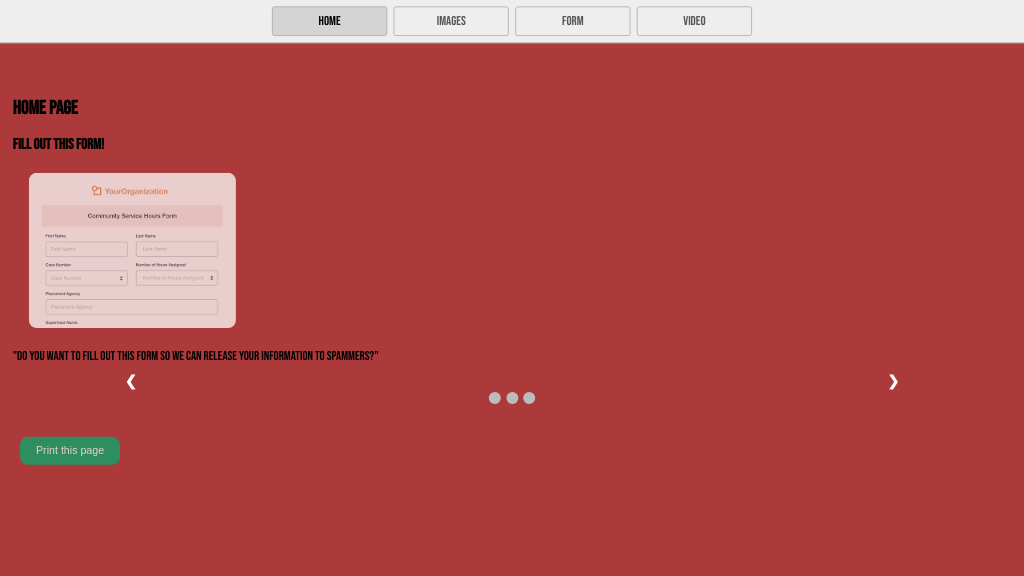
Repository: sebas6292/palmTree-Final
Page: Home.html
An editor plug-in stored every save of this project. The page is shown before and after the next save, followed by the edit.
The browser window is 1280 px wide. The pictures show the whole page, at 80% of full size.

Above is the page before, as saved 2023-06-03 16:11:11.
Console error: TypeError: Cannot set properties of null (setting 'innerHTML')

### Home.html
<!DOCTYPE html>
<html lang="en">
  <head>
    <title>Jeff's Final</title>
    <meta charset=" UTF-8" />
    <meta name="viewport" content="width=device-width" />
  <link rel="icon" href="/Assets/favicon.jpg" type="image/x-icon">
    <link rel="preconnect" href="https://fonts.googleapis.com">
    <link rel="preconnect" href="https://fonts.gstatic.com" crossorigin>
    <link href="https://fonts.googleapis.com/css2?family=Bebas+Neue&display=swap" rel="stylesheet">
    <link rel="stylesheet" href="styles.css" />
    <script type="module" src="script.js"></script>
  </head>
  <body>
    <nav>
      <a href="/Home.html" aria-current="page">Home</a>
      <a href="/Images.html">Images</a>
      <a href="/Form.html">Form</a>
      <a href="/Video.html">Video</a>
    </nav>
    <main>
      <h1 id="currentDate">

      </h1>

        <br>
      <h1>Home page</h1>
      <div>
        <h3>Fill out this Form!</h3>
        <a
          href="/Form.html"
        >
          <img src="./Assets/form.png" />
        </a>
        <p>"Do you want to fill out this form so we can release your information to spammers?"</p>
      </div>
      <!-- Slideshow container -->
<div class="slideshow-container">

  <!-- Full-width images with number and caption text -->
  <div class="mySlides fade">
    <div class="numbertext">1 / 3</div>
    <img src="/Assets/CancunBeach.jpeg" style="width:100%">
    <div class="text">Cancun Beach</div>
  </div>

  <div class="mySlides fade">
    <div class="numbertext">2 / 3</div>
    <img src="/Assets/PhilipinesBeach.jpeg" style="width:100%">
    <div class="text">Philipines Beach</div>
  </div>

  <div class="mySlides fade">
    <div class="numbertext">3 / 3</div>
    <img src="/Assets/FijiBeach.jpeg" style="width:100%">
    <div class="text">Fiji Beach</div>
  </div>

  <!-- Next and previous buttons -->
  <a class="prev" onclick="plusSlides(-1)">&#10094;</a>
  <a class="next" onclick="plusSlides(1)">&#10095;</a>
</div>
<br>

<!-- The dots/circles -->
<div style="text-align:center">
  <span class="dot" onclick="currentSlide(1)"></span>
  <span class="dot" onclick="currentSlide(2)"></span>
  <span class="dot" onclick="currentSlide(3)"></span>
</div>
    </main>
    <button onclick="window.print()">Print this page</button>
  </body>
</html>

### styles.css
* {
    box-sizing: border-box;
  }

/* Slideshow container */
.slideshow-container {
  max-width: 1000px;
  position: relative;
  margin: auto;
}

/* Hide the images by default */
.mySlides {
  display: none;
}

/* Next & previous buttons */
.prev, .next {
  cursor: pointer;
  position: absolute;
  top: 50%;
  width: auto;
  margin-top: -22px;
  padding: 16px;
  color: white;
  font-weight: bold;
  font-size: 18px;
  transition: 0.6s ease;
  border-radius: 0 3px 3px 0;
  user-select: none;
}

/* Position the "next button" to the right */
.next {
  right: 0;
  border-radius: 3px 0 0 3px;
}

/* On hover, add a black background color with a little bit see-through */
.prev:hover, .next:hover {
  background-color: rgba(0,0,0,0.8);
}

/* Caption text */
.text {
  color: #f2f2f2;
  font-size: 15px;
  padding: 8px 12px;
  position: absolute;
  bottom: 8px;
  width: 100%;
  text-align: center;
}

/* Number text (1/3 etc) */
.numbertext {
  color: #f2f2f2;
  font-size: 12px;
  padding: 8px 12px;
  position: absolute;
  top: 0;
}

/* The dots/bullets/indicators */
.dot {
  cursor: pointer;
  height: 15px;
  width: 15px;
  margin: 0 2px;
  background-color: #bbb;
  border-radius: 50%;
  display: inline-block;
  transition: background-color 0.6s ease;
}

.active, .dot:hover {
  background-color: #717171;
}

/* Fading animation */
.fade {
  animation-name: fade;
  animation-duration: 1.5s;
}

@keyframes fade {
  from {opacity: .4}
  to {opacity: 1}
}


  body {
    margin: 0;
    font-family: 'Bebas Neue', sans-serif;
    color: black;
    background-color: white;
  }
  @keyframes body {
    0%   {background-color: white;}
    25%  {background-color: brown}
    50%  {background-color: purple;}
    100% {background-color: black;}
  }
  body {
    background-color: white;
    animation-name: body;
    animation-duration: 30s;
  }

  nav {
    display: flex;
    flex-wrap: wrap;
    align-items: center;
    justify-content: center;
    padding: 0.5rem;
    gap: 0.5rem;
    border-bottom: solid 1px #aaa;
    background-color: #eee;
  }

  nav a {
    display: inline-block;
    min-width: 9rem;
    padding: 0.5rem;
    border-radius: 0.2rem;
    border: solid 1px #aaa;
    text-align: center;
    text-decoration: none;
    color: #555;
  }

  nav a[aria-current='page'] {
    color: #000;
    background-color: #d4d4d4;
  }

  main {
    padding: 1rem;
  }

  h1 {
    font-weight: bold;
    font-size: 1.5rem;
  }
  .form-title {
    margin-left: 57px;
    color: whitesmoke;
    padding-top: 15px;
  }

  .bg-img {
    background-image: url('/Assets/pier2.jpeg');
    height: 500px;
    border-radius: 10px;
  }

  .form-container {
    position: absolute;
    margin: 0 0 0 40px;
    max-width: 400px;
    padding: 24px;
    background-color: whitesmoke;
    border-radius: 10px;
  }
  input[type=text], input[type=password], input[id=comment] {
    width: 100%;
    padding: 10px;
    border: none;
    background: #f1f1f1;
    border-radius: 5px;
  }

  button {
    background-color: #04AA6D;
    padding: 10px 20px 10px 20px;
    margin: 20px 0px 40px 25px;
    border-radius: 10px;
    cursor: pointer;
    color: white;
    border: none;
    opacity: 0.75;
  }
  button:hover {
    opacity: 1.25;
  }
  .btn {
    background-color: #04AA6D;
    color: white;
    margin-bottom: .5rem ;
    padding: 5px 0 5px 0;
    border: none;
    cursor: pointer;
    border-radius: 5px;
    width: 100%;
    opacity: 0.75;
  }
  .btn:hover {
    opacity: 1;
  }
  img {
    border-radius: 10px;
    margin: 5px 0 5px 20px;
    opacity: .75;
  }
  img:hover {
    opacity: 1;
    width: 300px;
  }
  .video-title {
   margin: 0px 0 0 20px;
   padding-top: 20px;
  }

  video {
    margin: 20px 0 0 15px;
    border-radius: 10px;
  }

### script.js
const displayDate = document.getElementById("id01");
displayDate.innerHTML = Date();

          let slideIndex = 1;
showSlides(slideIndex);

// Next/previous controls
function plusSlides(n) {
  showSlides(slideIndex += n);
}

// Thumbnail image controls
function currentSlide(n) {
  showSlides(slideIndex = n);
}

function showSlides(n) {
  let i;
  let slides = document.getElementsByClassName("mySlides");
  let dots = document.getElementsByClassName("dot");
  if (n > slides.length) {slideIndex = 1}
  if (n < 1) {slideIndex = slides.length}
  for (i = 0; i < slides.length; i++) {
    slides[i].style.display = "none";
  }
  for (i = 0; i < dots.length; i++) {
    dots[i].className = dots[i].className.replace(" active", "");
  }
  slides[slideIndex-1].style.display = "block";
  dots[slideIndex-1].className += " active";
}

After the next save:
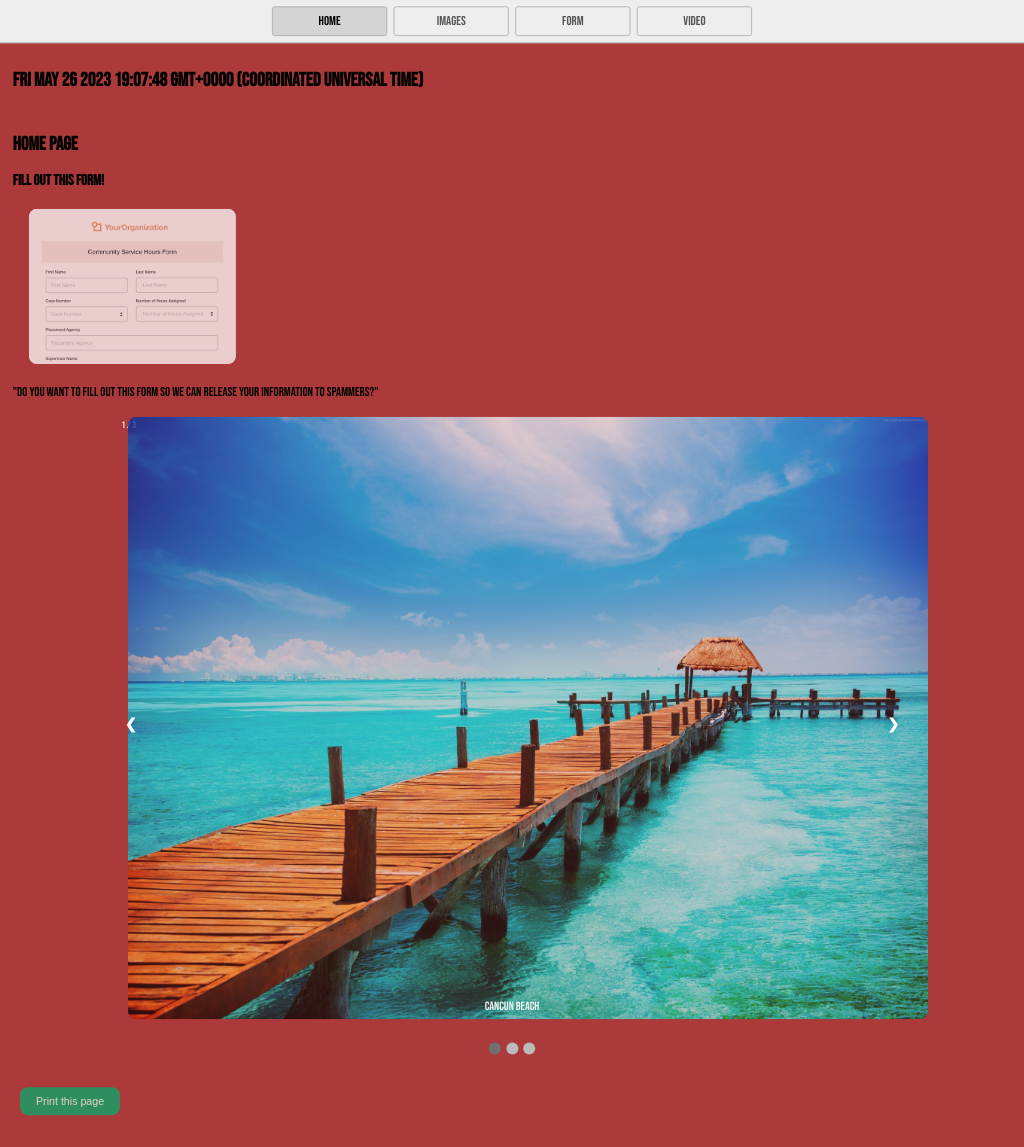
The error is gone.
Saved 58 s later.
--- a/script.js
+++ b/script.js
@@ -1,4 +1,4 @@
-const displayDate = document.getElementById("id01");
+const displayDate = document.getElementById("currentDate");
 displayDate.innerHTML = Date();
 
           let slideIndex = 1;
